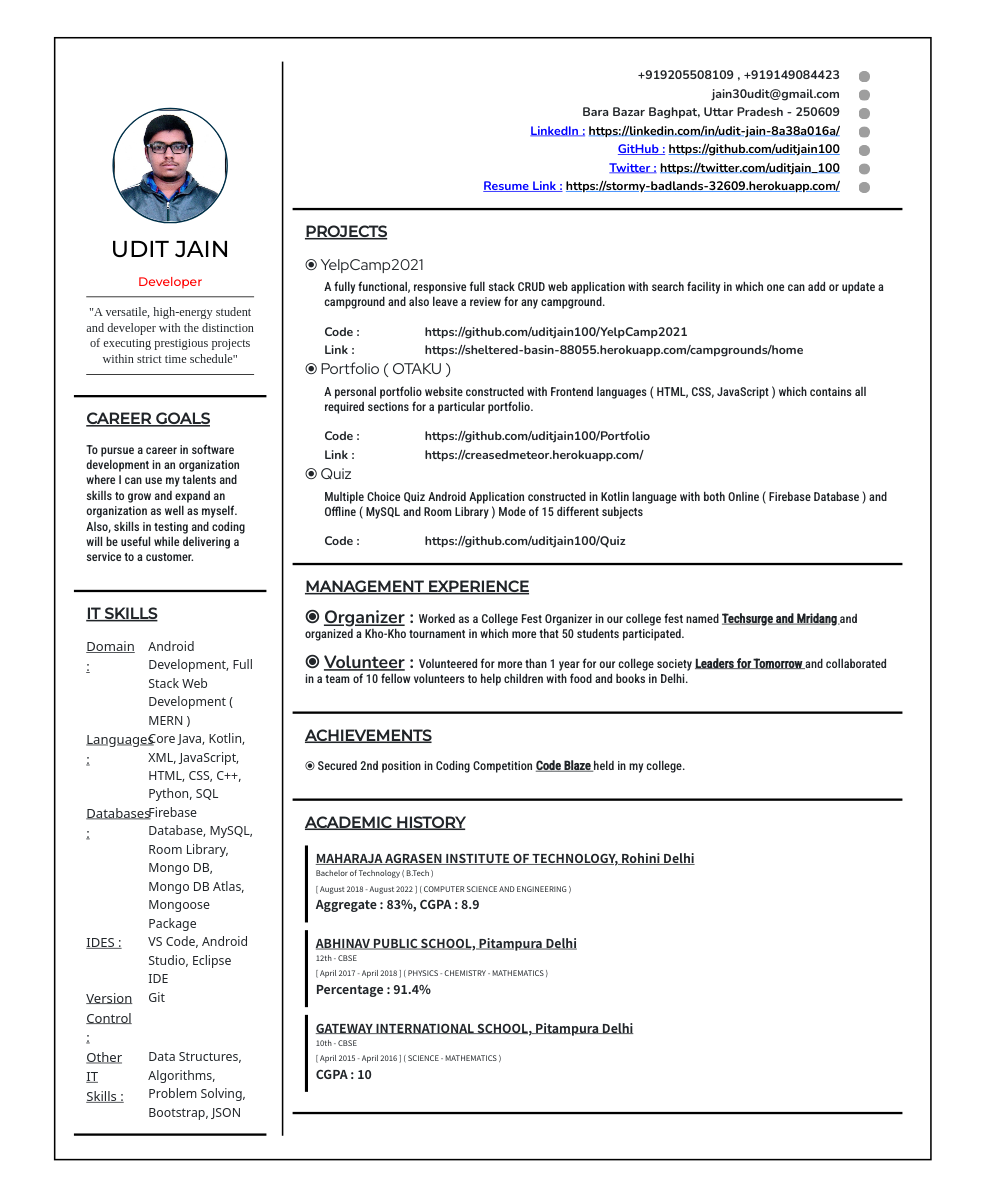
Repository: uditjain100/Resume
Page: app.html
These files come from the project's save history. The page is drawn as it stood at one moment and after the next save; the edit follows.
The browser window is 1280 px wide. The pictures show the whole page, at 77% of full size.
Pictures or frames that could not be fetched are drawn as grey boxes. Some web fonts or font styles are not loaded; a fallback is used.

Above is the page before, as saved 2021-05-27 18:49:20.

### app.html
<!DOCTYPE html>
<html lang="en">
	<head>
		<meta charset="UTF-8" />
		<meta http-equiv="X-UA-Compatible" content="IE=edge" />
		<meta name="viewport" content="width=device-width, initial-scale=1.0" />
		<title>RESUME : Udit Jain</title>
		<link rel="stylesheet" href="app.css" />
		<script
			src="https://code.jquery.com/jquery-3.5.1.min.js"
			integrity="sha256-9/aliU8dGd2tb6OSsuzixeV4y/faTqgFtohetphbbj0="
			crossorigin="anonymous"
		></script>
		<link
			href="https://cdn.jsdelivr.net/npm/bootstrap@5.0.0-beta1/dist/css/bootstrap.min.css"
			rel="stylesheet"
			integrity="sha384-giJF6kkoqNQ00vy+HMDP7azOuL0xtbfIcaT9wjKHr8RbDVddVHyTfAAsrekwKmP1"
			crossorigin="anonymous"
		/>

		<link rel="preconnect" href="https://fonts.gstatic.com" />
		<link
			href="https://fonts.googleapis.com/css2?family=Montserrat:wght@300;500&display=swap"
			rel="stylesheet"
		/>
		<link
			href="https://fonts.googleapis.com/css2?family=Roboto+Condensed:wght@500&display=swap"
			rel="stylesheet"
		/>
		<link
			href="https://fonts.googleapis.com/css2?family=Spartan:wght@500&display=swap"
			rel="stylesheet"
		/>
		<link
			href="https://fonts.googleapis.com/css2?family=Red+Hat+Display&display=swap"
			rel="stylesheet"
		/>
		<link
			href="https://fonts.googleapis.com/css2?family=Ubuntu:wght@300&display=swap"
			rel="stylesheet"
		/>
		<link
			href="https://fonts.googleapis.com/css2?family=Quicksand:wght@700&display=swap"
			rel="stylesheet"
		/>
		<link
			href="https://fonts.googleapis.com/css2?family=Nunito:wght@700&display=swap"
			rel="stylesheet"
		/>
		<link
			href="https://fonts.googleapis.com/css2?family=Akaya+Kanadaka&display=swap"
			rel="stylesheet"
		/>
		<link
			href="https://fonts.googleapis.com/css2?family=Poppins:wght@400&display=swap"
			rel="stylesheet"
		/>
		<link
			href="https://fonts.googleapis.com/css2?family=Noto+Sans+JP&display=swap"
			rel="stylesheet"
		/>
	</head>
	<body>
		<main class="container row my-5 mx-auto" id="wholewindow">
			<section id="leftwindow" class="col-3">
				<article id="namebox">
					<img
						id="profileimg"
						src="profile.jpg"
						class="card-img-top"
						alt="..."
					/>
					<div class="card-body">
						<h3
							class="card-title"
							style="
								color: black;
								text-decoration: none;
								font-size: 30px;
								font-weight: 400;
							"
						>
							UDIT JAIN
						</h3>
						<h6 class="card-subtitle mx-auto">Developer</h6>
						<p id="summary">
							"A versatile, high-energy student and developer with the
							distinction of executing prestigious projects within strict time
							schedule"
						</p>
					</div>
				</article>

				<article class="card-body" id="goalbox">
					<h3 class="card-title">CAREER GOALS</h3>
					<p>
						To pursue a career in software development in an organization where
						I can use my talents and skills to grow and expand an organization
						as well as myself. Also, skills in testing and coding will be useful
						while delivering a service to a customer.
					</p>
				</article>

				<article class="card-body" id="itskillsbox">
					<h3 class="card-title">IT SKILLS</h3>
					<ul class="list-group">
						<li id="itskillsitem" class="row">
							<span class="col-4" id="que">Domain : </span>
							<span class="col-8" id="ans"
								>Android Development, Full Stack Web Development ( MERN )</span
							>
						</li>
						<li id="itskillsitem" class="row">
							<span class="col-4" id="que">Languages : </span>
							<span class="col-8" id="ans"
								>Core Java, Kotlin, XML, JavaScript, HTML, CSS, C++, Python,
								SQL</span
							>
						</li>
						<li id="itskillsitem" class="row">
							<span class="col-4" id="que">Databases : </span>
							<span class="col-8" id="ans"
								>Firebase Database, MySQL, Room Library, Mongo DB, Mongo DB
								Atlas, Mongoose Package</span
							>
						</li>
						<li id="itskillsitem" class="row">
							<span class="col-4" id="que">IDES : </span>
							<span class="col-8" id="ans"
								>VS Code, Android Studio, Eclipse IDE</span
							>
						</li>
						<li id="itskillsitem" class="row">
							<span class="col-4" id="que">Version Control : </span>
							<span class="col-8" id="ans">Git</span>
						</li>
						<li id="itskillsitem" class="row">
							<span class="col-4" id="que">Other IT Skills : </span>
							<span class="col-8" id="ans"
								>Data Structures, Algorithms, Problem Solving, Bootstrap,
								JSON</span
							>
						</li>
					</ul>
				</article>
			</section>
			<section id="rightwindow" class="col-9">
				<article class="card-body" id="contactbox">
					<ul class="list-group">
						<li id="contactitem" class="row">
							<div class="col-11">+919205508109 , +919149084423</div>
							<div class="col-1">
								<img
									src="https://cdn.jsdelivr.net/npm/simple-icons@3.0.1/icons/android.svg"
									alt=""
								/>
							</div>
						</li>
						<li id="contactitem" class="row">
							<div class="col-11">jain30udit@gmail.com</div>
							<div class="col-1">
								<img
									src="https://cdn.jsdelivr.net/npm/simple-icons@3.0.1/icons/gmail.svg"
									alt=""
								/>
							</div>
						</li>
						<li id="contactitem" class="row">
							<div class="col-11">
								Bara Bazar Baghpat, Uttar Pradesh - 250609
							</div>
							<div class="col-1">
								<img
									src="https://cdn.jsdelivr.net/npm/simple-icons@3.0.1/icons/googlemaps.svg"
									alt=""
								/>
							</div>
						</li>
						<li id="contactitem" class="row">
							<div class="col-11">
								<span>LinkedIn :</span>
								<a href="https://linkedin.com/in/udit-jain-8a38a016a/"
									><span id="link"
										>https://linkedin.com/in/udit-jain-8a38a016a/</span
									></a
								>
							</div>
							<div class="col-1">
								<img
									src="https://cdn.jsdelivr.net/npm/simple-icons@4.13.0/icons/linkedin.svg"
									alt=""
								/>
							</div>
						</li>
						<li id="contactitem" class="row">
							<div class="col-11">
								<span>GitHub :</span>
								<a href="https://github.com/uditjain100"
									><span id="link">https://github.com/uditjain100</span></a
								>
							</div>
							<div class="col-1">
								<img
									src="https://cdn.jsdelivr.net/npm/simple-icons@4.13.0/icons/github.svg"
									alt=""
								/>
							</div>
						</li>
						<li id="contactitem" class="row">
							<div class="col-11">
								<span>Twitter :</span>
								<a href="https://twitter.com/uditjain_100"
									><span id="link">https://twitter.com/uditjain_100</span></a
								>
							</div>
							<div class="col-1">
								<img
									src="https://cdn.jsdelivr.net/npm/simple-icons@4.13.0/icons/twitter.svg"
									alt=""
								/>
							</div>
						</li>
						<li id="contactitem" class="row">
							<div class="col-11">
								<span>Resume Link :</span>
								<a href="https://stormy-badlands-32609.herokuapp.com/"
									><span id="link"
										>https://stormy-badlands-32609.herokuapp.com/</span
									></a
								>
							</div>
							<div class="col-1">
								<img
									src="https://cdn.jsdelivr.net/npm/simple-icons@4.13.0/icons/webpack.svg"
									alt=""
								/>
							</div>
						</li>
					</ul>
				</article>

				<article class="card-body" id="projectbox">
					<h3 class="card-title">PROJECTS</h3>
					<ul class="list-group">
						<li id="projectitem" class="row">
							<h5 id="projecttitle" class="display-10">⦿ YelpCamp2021</h5>
							<div id="projectdetails">
								<p>
									A fully functional, responsive full stack CRUD web application
									with search facility in which one can add or update a
									campground and also leave a review for any campground.
								</p>
								<ul class="list-group">
									<li id="contactitem" class="row">
										<div class="col-2">
											<span style="font-weight: 700">Code : </span>
										</div>
										<div id="link" class="col-10">
											https://github.com/uditjain100/YelpCamp2021
										</div>
									</li>
									<li id="contactitem" class="row">
										<div class="col-2">
											<span style="font-weight: 700">Link : </span>
										</div>
										<div id="link" class="col-10">
											https://sheltered-basin-88055.herokuapp.com/campgrounds/home
										</div>
									</li>
								</ul>
							</div>
						</li>
						<li id="projectitem" class="row">
							<h5 id="projecttitle" class="display-10">
								⦿ Portfolio ( OTAKU )
							</h5>
							<div id="projectdetails">
								<p>
									A personal portfolio website constructed with Frontend
									languages ( HTML, CSS, JavaScript ) which contains all
									required sections for a particular portfolio.
								</p>
								<ul class="list-group">
									<li id="contactitem" class="row">
										<div class="col-2">
											<span style="font-weight: 700">Code : </span>
										</div>
										<div id="link" class="col-10">
											https://github.com/uditjain100/Portfolio
										</div>
									</li>
									<li id="contactitem" class="row">
										<div class="col-2">
											<span style="font-weight: 700">Link : </span>
										</div>
										<div id="link" class="col-10">
											https://creasedmeteor.herokuapp.com/
										</div>
									</li>
								</ul>
							</div>
						</li>
						<li id="projectitem" class="row">
							<h5 id="projecttitle" class="display-10">⦿ Quiz</h5>
							<div id="projectdetails">
								<p>
									Multiple Choice Quiz Android Application constructed in Kotlin
									language with both Online ( Firebase Database ) and Offline (
									MySQL and Room Library ) Mode of 15 different subjects
								</p>
								<ul class="list-group">
									<li id="contactitem" class="row">
										<div class="col-2">
											<span style="font-weight: 700">Code : </span>
										</div>
										<div id="link" class="col-10">
											https://github.com/uditjain100/Quiz
										</div>
									</li>
								</ul>
							</div>
						</li>
					</ul>
				</article>

				<article class="card-body" id="managementskillsbox">
					<h3 class="card-title">MANAGEMENT EXPERIENCE</h3>
					<ul class="list-group">
						<li id="managementskillsitem">
							<p>
								<span id="tag">⦿ <span>Organizer</span> : </span>
								Worked as a College Fest Organizer in our college fest named
								<span style="font-weight: 700; text-decoration: underline"
									>Techsurge and Mridang
								</span>
								and organized a Kho-Kho tournament in which more that 50
								students participated.
							</p>
						</li>
						<li id="managementskillsitem">
							<p>
								<span id="tag">⦿ <span>Volunteer</span> : </span>
								Volunteered for more than 1 year for our college society
								<span style="font-weight: 700; text-decoration: underline"
									>Leaders for Tomorrow </span
								>and collaborated in a team of 10 fellow volunteers to help
								children with food and books in Delhi.
							</p>
						</li>
					</ul>
				</article>

				<article class="card-body" id="achievementsbox">
					<h3 class="card-title">ACHIEVEMENTS</h3>
					<ul class="list-group">
						<li id="achievementitem" class="row">
							<p>
								⦿ Secured 2nd position in Coding Competition
								<span style="font-weight: 700; text-decoration: underline"
									>Code Blaze
								</span>
								held in my college.
							</p>
						</li>
					</ul>
				</article>

				<article class="card-body" id="educationbox">
					<h3 class="card-title">ACADEMIC HISTORY</h3>
					<ul class="list-group">
						<li id="educationitem">
							<h6 id="institutename">
								MAHARAJA AGRASEN INSTITUTE OF TECHNOLOGY, Rohini Delhi
							</h6>
							<h6 id="stream">Bachelor of Technology ( B.Tech )</h6>
							<h6 id="subjects">
								[ August 2018 - August 2022 ] ( COMPUTER SCIENCE AND ENGINEERING
								)
							</h6>
							<h6 id="marks">Aggregate : 83%, CGPA : 8.9</h6>
						</li>
						<li id="educationitem">
							<h6 id="institutename">ABHINAV PUBLIC SCHOOL, Pitampura Delhi</h6>
							<h6 id="stream">12th - CBSE</h6>
							<h6 id="subjects">
								[ April 2017 - April 2018 ] ( PHYSICS - CHEMISTRY - MATHEMATICS
								)
							</h6>
							<h6 id="marks">Percentage : 91.4%</h6>
						</li>
						<li id="educationitem">
							<h6 id="institutename">
								GATEWAY INTERNATIONAL SCHOOL, Pitampura Delhi
							</h6>
							<h6 id="stream">10th - CBSE</h6>
							<h6 id="subjects">
								[ April 2015 - April 2016 ] ( SCIENCE - MATHEMATICS )
							</h6>
							<h6 id="marks">CGPA : 10</h6>
						</li>
					</ul>
				</article>
			</section>
		</main>
	</body>
</html>

### app.css
/* * Common Section */

@keyframes transitionIn {
	from {
		opacity: 0;
		transform: rotateY(-10deg);
	}
	to {
		opacity: 1;
		transform: rotateY(0);
	}
}

html {
	animation: transitionIn 1s;
}

p {
	font-family: "Roboto Condensed", sans-serif;
	line-height: 20px;
}

ul {
	list-style: none;
}
article {
	border-bottom: 3px black solid;
}

.card-title {
	font-family: "Montserrat";
	text-decoration: underline;
	font-weight: 900;
	font-size: 20px;
	padding-bottom: 10px;
	border: none;
}

.card-subtitle {
	color: red;
}

.footer {
	position: -webkit-sticky;
	left: 0;
	bottom: 0;
	width: 100%;
	color: white;
	text-align: center;
	font-family: "Montserrat";
}

/*  ********************* resume work */

#wholewindow {
	border: 2px black solid;
	display: flex;
	flex-direction: row;
	flex-wrap: wrap;
	justify-content: space-evenly;
	/* align-items: center; */
}

#leftwindow {
	margin: 30px 0px 30px 0px;
	border-right: 2px black solid;
	padding: 50px 20px 0px 0px;
	min-width: 250px;
}

#rightwindow {
	padding-top: 20px;
	min-width: 250px;
}

#namebox {
	display: flex;
	flex-direction: column;
	flex-wrap: wrap;
	align-items: center;
	text-align: center;
	font-family: "Montserrat";
}

#profileimg {
	width: 150px;
	height: 150px;
	border-radius: 50%;
	border: 2px #003049 solid;
	margin-top: 10px;
}
#summary {
	font-family: "Akaya Kanadaka";
	margin-top: 10px;
	margin-bottom: 10px;
	padding-top: 10px;
	padding-bottom: 10px;

	border-bottom: 1px black solid;
	border-top: 1px black solid;
}

#managementskillsitem p {
	line-height: 20px;
}

#tag {
	font-family: "Nunito";
	font-size: 23px;
	font-weight: 900;
	text-align: left;
}

#tag span {
	text-decoration: underline;
}

li img {
	width: 15px;
	height: 15px;
	border-radius: 50%;
	margin-right: 5px;
}

#que {
	text-decoration: underline;
	font-size: 17px;
}

#contactitem {
	font-family: "Nunito";
}

#contactitem .col-11 {
	text-align: end;
}

#contactitem .col-11 span {
	font-weight: 600;
	color: blue;
	text-decoration: underline;
}

#contactitem .col-11 a span {
	color: black;
	text-decoration: none;
}

#educationtitle {
	font-family: "Red Hat Display";
	font-weight: 200;
}

#educationitem {
	margin-bottom: 10px;
	padding: 10px 0px 10px 10px;
	border-left: 4px black solid;
}

#educationbox {
	font-family: "Noto Sans JP";
}

#educationitem h6 {
	line-height: 12px;
}

#institutename {
	text-decoration: underline;
	font-weight: 800;
	font-size: 16px;
}

#timestamp {
	font-size: 10px;
}

#stream {
	font-size: 10px;
	font-weight: 400;
}

#subjects {
	font-size: 10px;
	font-weight: 300;
}

#marks {
	/* font-size: 15px; */
	font-weight: 700;
}

#projecttitle {
	font-family: "Red Hat Display";
	font-weight: 400;
}

#projectdetails {
	margin-left: 25px;
}

After the next save:
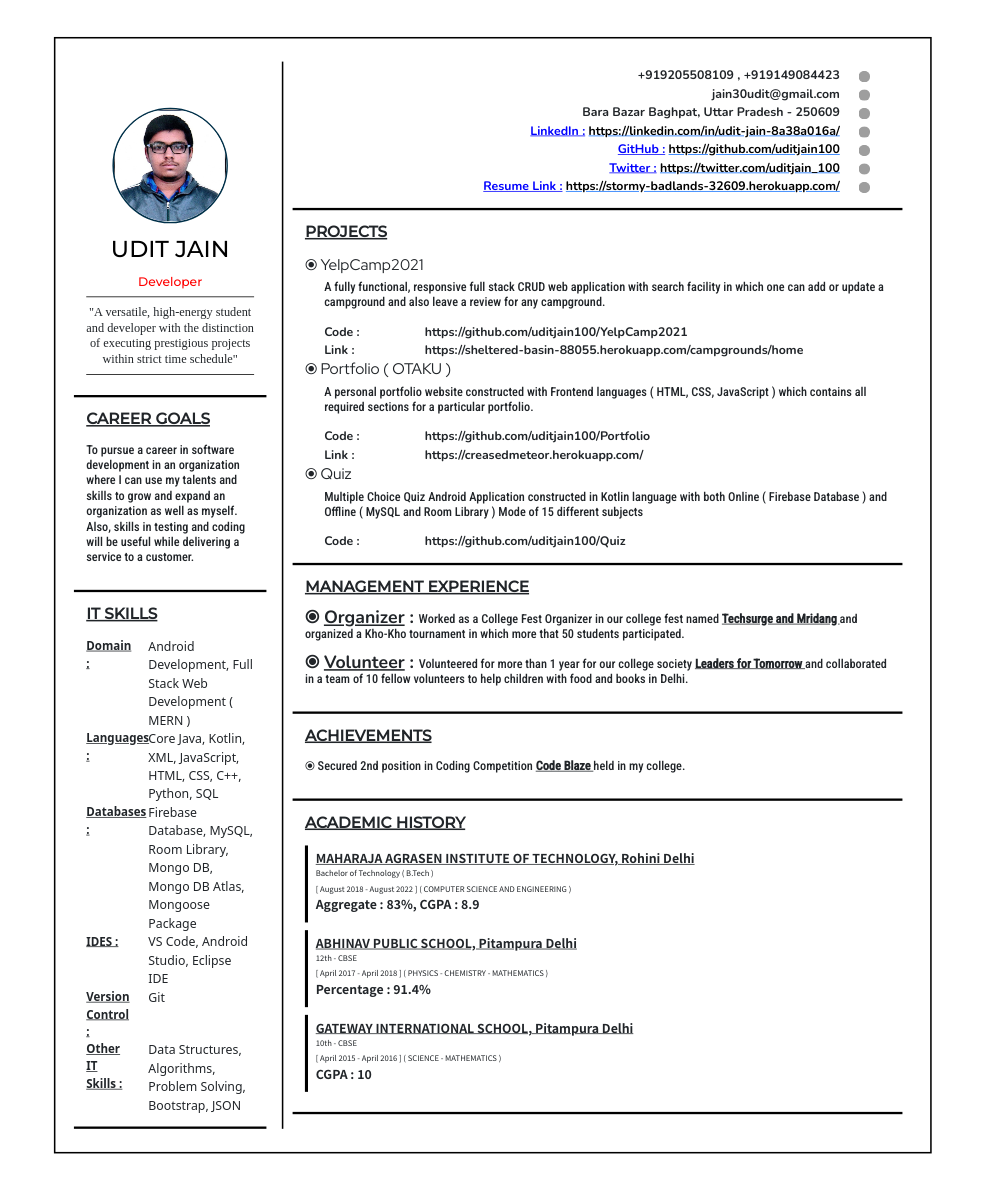
Saved 34 s later.
--- a/app.css
+++ b/app.css
@@ -124,7 +124,8 @@ li img {
 
 #que {
 	text-decoration: underline;
-	font-size: 17px;
+	font-size: 15px;
+	font-weight: 600;
 }
 
 #contactitem {
